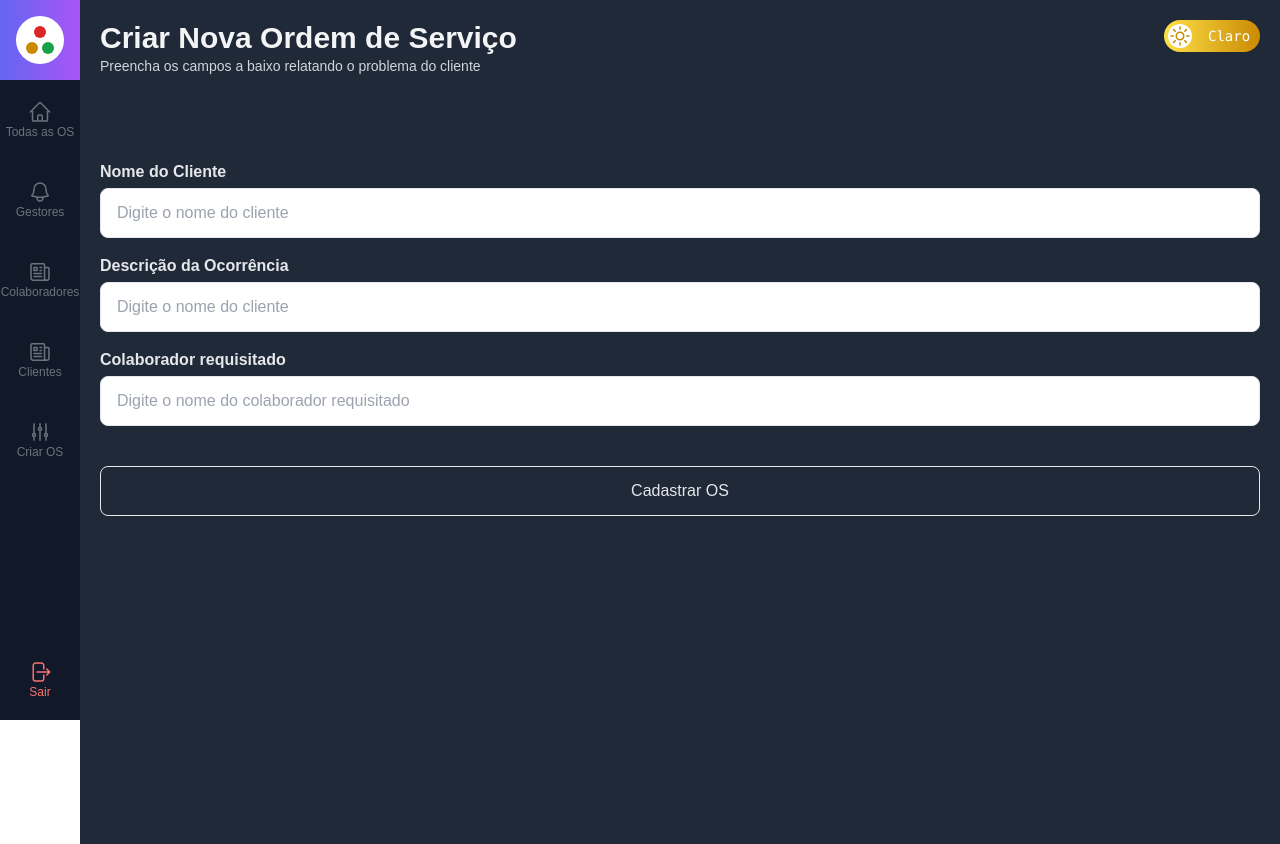
Repository: JackSSads/udemy-nextjs
Page: /create-os
These files come from the project's save history. The page is drawn as it stood at one moment and after the next save; the edit follows.
The browser window is 1280 px wide. The pictures show the whole page.
The project was rebuilt for these pictures with package versions that can differ from the ones it lists, and the page was loaded fresh each time. The framework's server and built-in components were replaced by stand-ins that run in the browser. Also part of the build but not shown: next.config.js.

Above is the page before, as saved 2022-10-30 12:19:38.

After the next save:
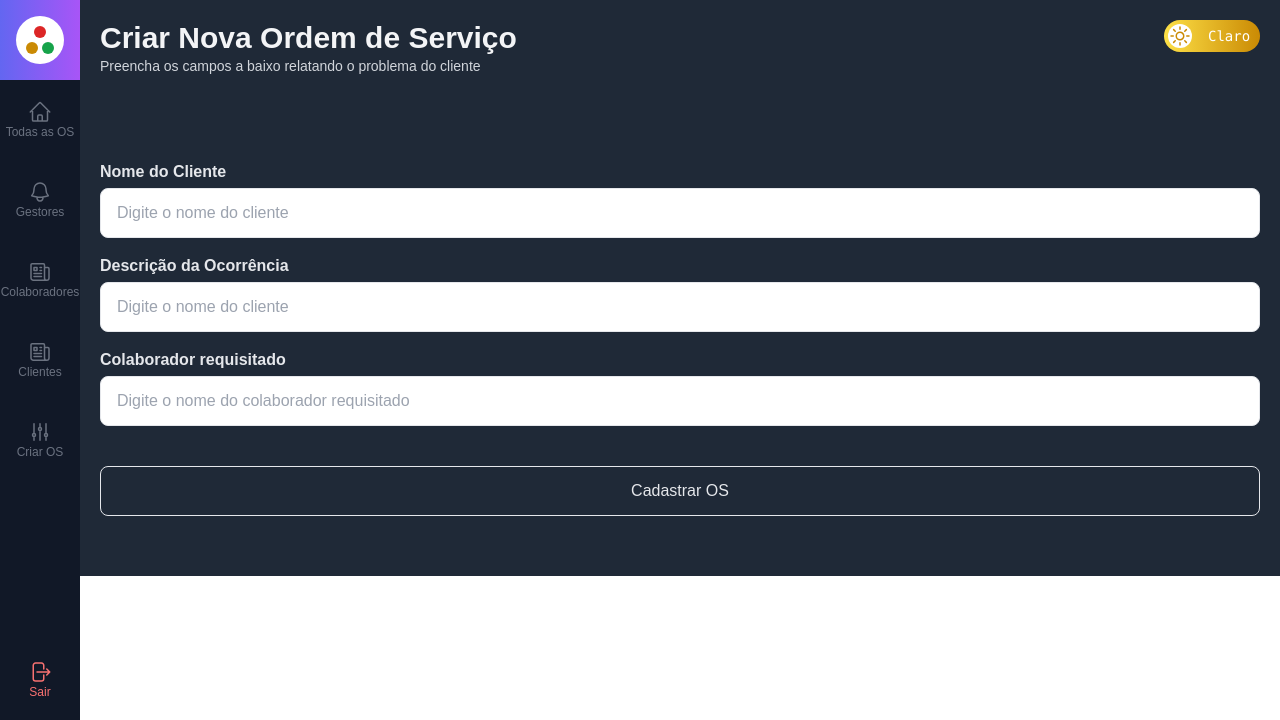
Saved 29 s later.
--- a/src/pages/create-os.tsx
+++ b/src/pages/create-os.tsx
@@ -87,7 +87,7 @@
       ) : false}
 
       <div className="
-        h-screen py-10 flex flex-col
+        h- py-10 flex flex-col
       ">
 
         <FormPost

After the 2 saves that followed:
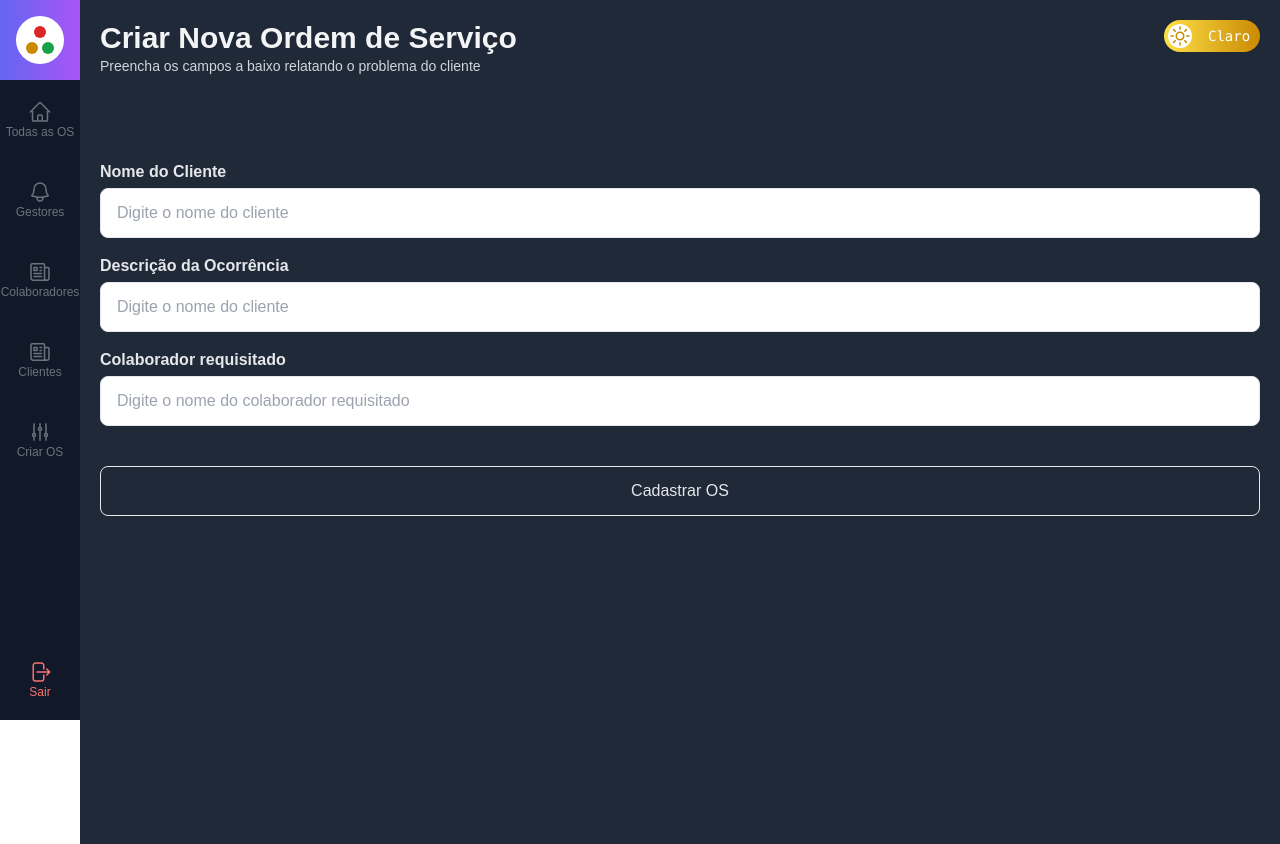
The 2 saves are shown as one change because 1 left the picture as it was.
The last was saved 9 s later.
--- a/src/pages/create-os.tsx
+++ b/src/pages/create-os.tsx
@@ -87,7 +87,7 @@
       ) : false}
 
       <div className="
-        h- py-10 flex flex-col
+        h-screen py-10 flex flex-col
       ">
 
         <FormPost
